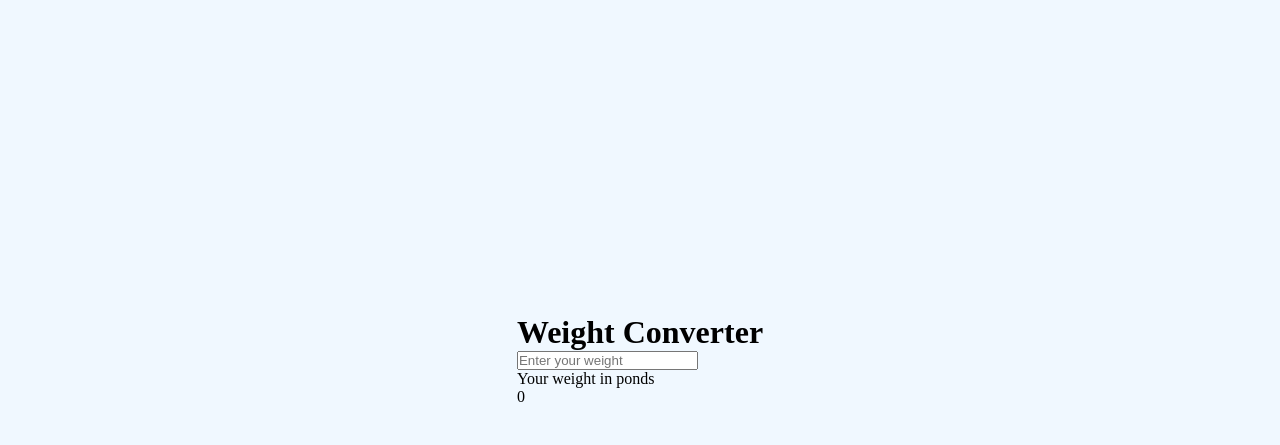
Repository: JunaidAnsari202/Weight-Converter
Page: index.html
These files come from the project's save history. The page is drawn as it stood at one moment and after a run of saves; the edit follows.
The browser window is 1280 px wide. The pictures show the whole page.

Above is the page before, as saved 2024-10-16 09:59:37.

After the next 23 saves:
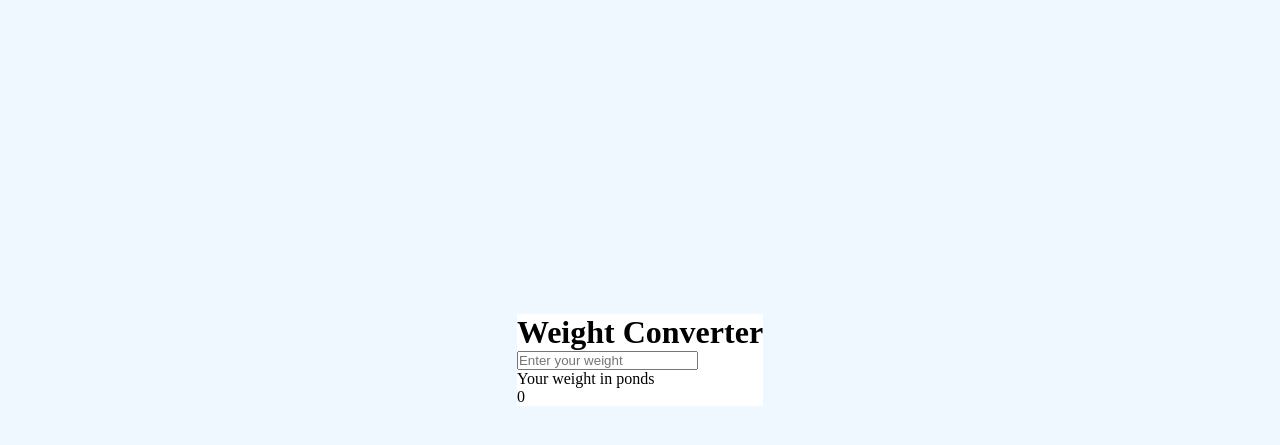
The 23 saves are shown as one change because they came seconds apart.
The last was saved 47 s later.
--- a/style.css
+++ b/style.css
@@ -10,3 +10,8 @@
     align-items: center;
     height: 100vh;
 }
+
+.container{
+    background-color: white;
+    width: ;
+}
